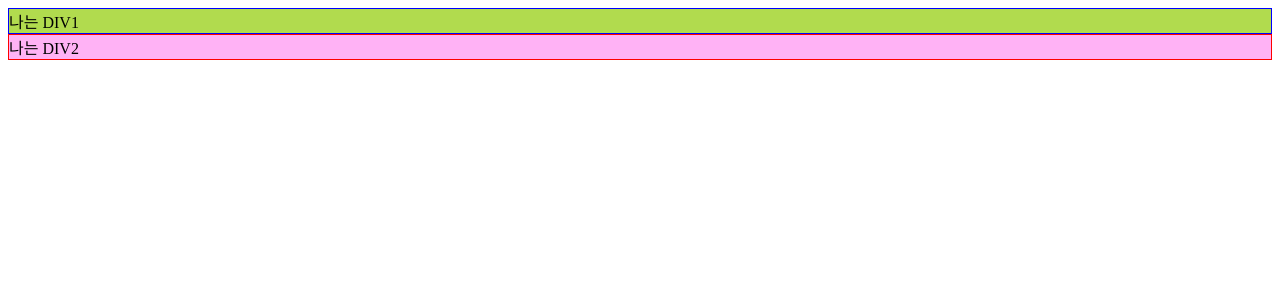
Repository: gold37/JAVA_HOME
Page: myjsp/myjsp/HTML5/WebContent/ch01_cssOrder/cssOrder.html
The author's editor kept a copy of each file at every save. The page is drawn from the files as they stood at one save, then again after the next save.
The browser window is 1280 px wide. The pictures show the whole page.

Above is the page before, as saved 2020-04-22 03:38:42.

### myjsp/myjsp/HTML5/WebContent/ch01_cssOrder/cssOrder.html
<!DOCTYPE html>
<html>
<head>
<meta charset="UTF-8">
<title>Insert title here</title>

<style type="text/css">

/*
	css 주석은 /* 얘고, 본문 주석은 <!-- --> 이거랍니다

	== css 우선순위 ==

	해당 태그에 직접준 것 (인라인 방식) > html 파일에서 준 style 태그(임베디드 방식)


*/

div {

	border: solid 1px black;
	background-color : #B1DB4E;
}

</style>


</head>


<body>


<div style="border: solid 1px blue; background-color: #B1DB4E;">나는 DIV1</div>
<div style="border: solid 1px red; background-color: #FFB2F5;">나는 DIV2</div>


</body>
</html>

After the next save:
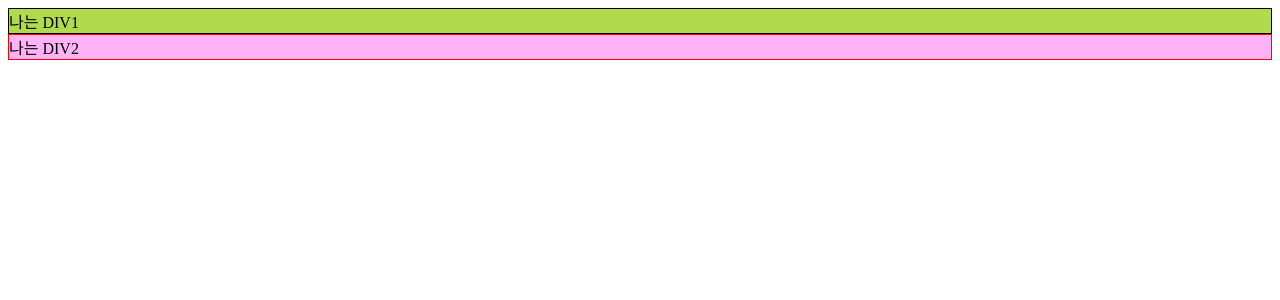
Saved 11 s later.
--- a/myjsp/myjsp/HTML5/WebContent/ch01_cssOrder/cssOrder.html
+++ b/myjsp/myjsp/HTML5/WebContent/ch01_cssOrder/cssOrder.html
@@ -18,7 +18,7 @@
 
 div {
 
-	border: solid 1px black;
+	border: solid 1px blue;
 	background-color : #B1DB4E;
 }
 
@@ -31,7 +31,7 @@
 <body>
 
 
-<div style="border: solid 1px blue; background-color: #B1DB4E;">나는 DIV1</div>
+<div style="border: solid 1px black; background-color: #B1DB4E;">나는 DIV1</div>
 <div style="border: solid 1px red; background-color: #FFB2F5;">나는 DIV2</div>
 
 
